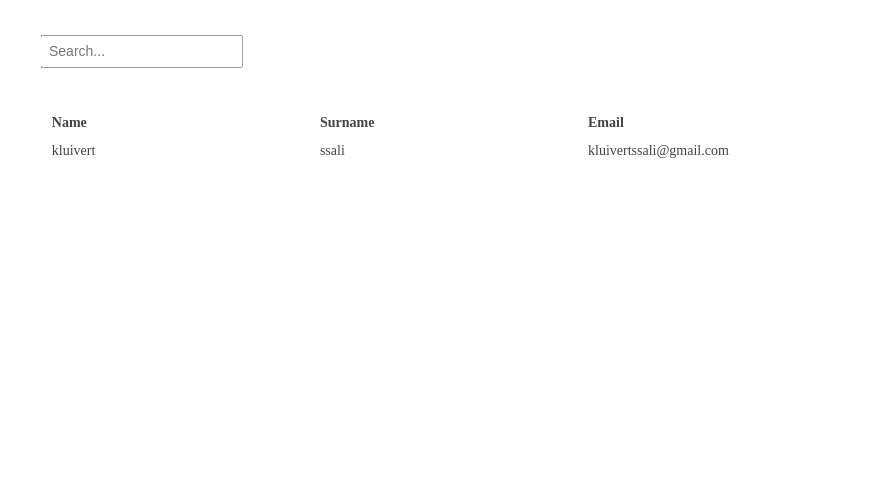
Repository: kluivert-ssali/my_search
Page: /
These files come from the project's save history. The page is drawn as it stood at one moment and after a run of saves; the edit follows.
The browser window is 1280 px wide. The pictures show the part of the page from y = 0 to 1920 px (the page is 720 px tall before and 7172 px after), at 70% of full size.
The project was rebuilt for these pictures with package versions that can differ from the ones it lists, and the page was loaded fresh each time.

Above is the page before, as saved 2022-02-27 16:35:36.

After the next 2 saves:
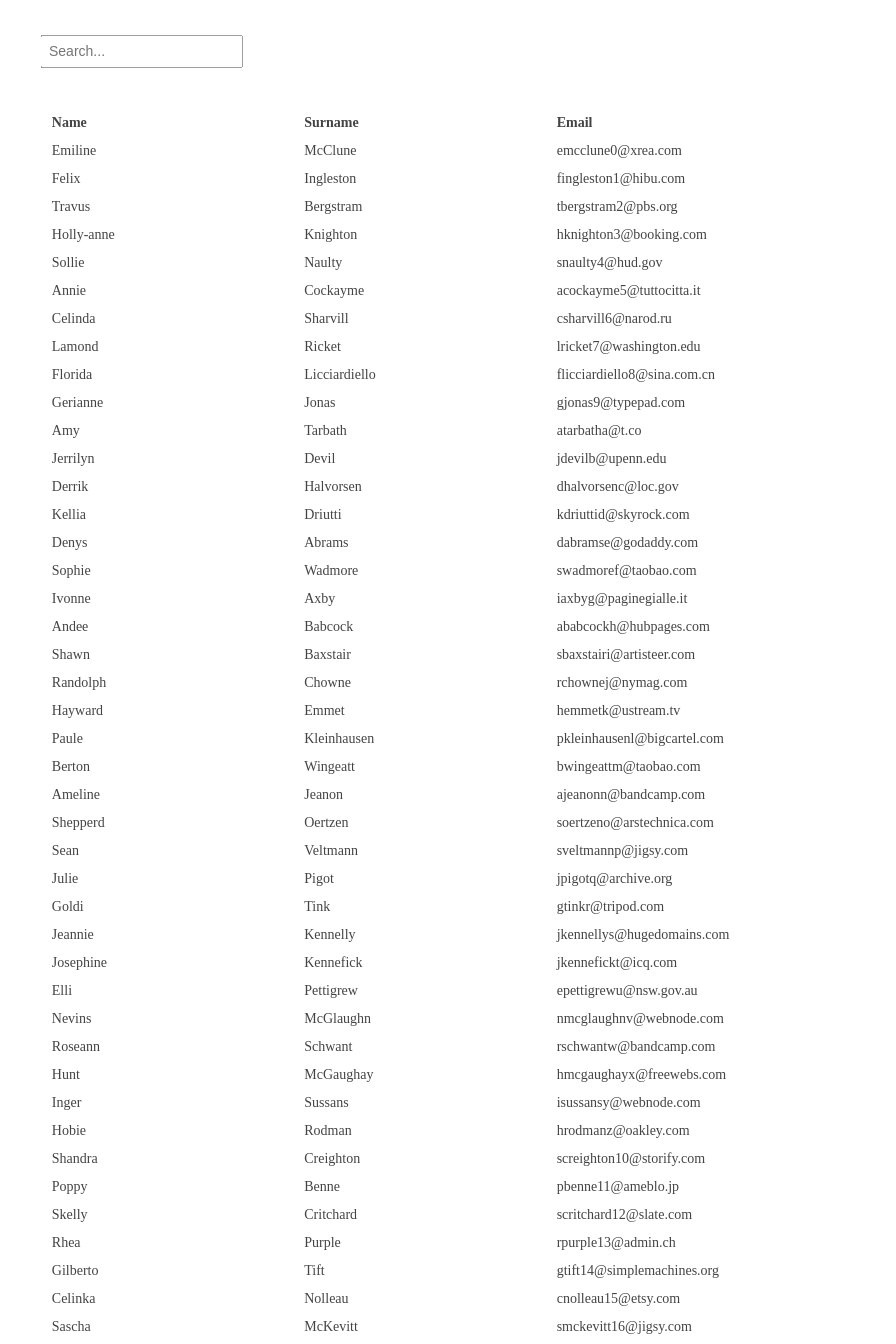
The 2 saves are shown as one change because 1 did not build or start.
The last was saved 9 min 1 s later.
--- a/src/App.jsx
+++ b/src/App.jsx
@@ -17,7 +17,7 @@ function App() {
         ))}
       </ul> */}
 
-      <Table/>
+      <Table data={Users}/>
     </div>
   );
 }
--- a/src/Table.jsx
+++ b/src/Table.jsx
@@ -1,6 +1,6 @@
 import React from 'react'
 
-const Table = () => {
+const Table = ({data}) => {
   return (
     <table>
         <tbody>
@@ -9,11 +9,14 @@ const Table = () => {
                 <th>Surname</th>
                 <th>Email</th>
             </tr>
-            <tr>
-              <td>kluivert</td>
-              <td>ssali</td>
-              <td>kluivertssali@gmail.com</td>
-            </tr>
+            {data.map((item) => (
+              <tr key={item.id}>
+               <td>{item.first_name}</td>
+               <td>{item.last_name}</td>
+               <td>{item.email}</td>
+             </tr>
+            ))}
+
         </tbody>
     </table>
   );
